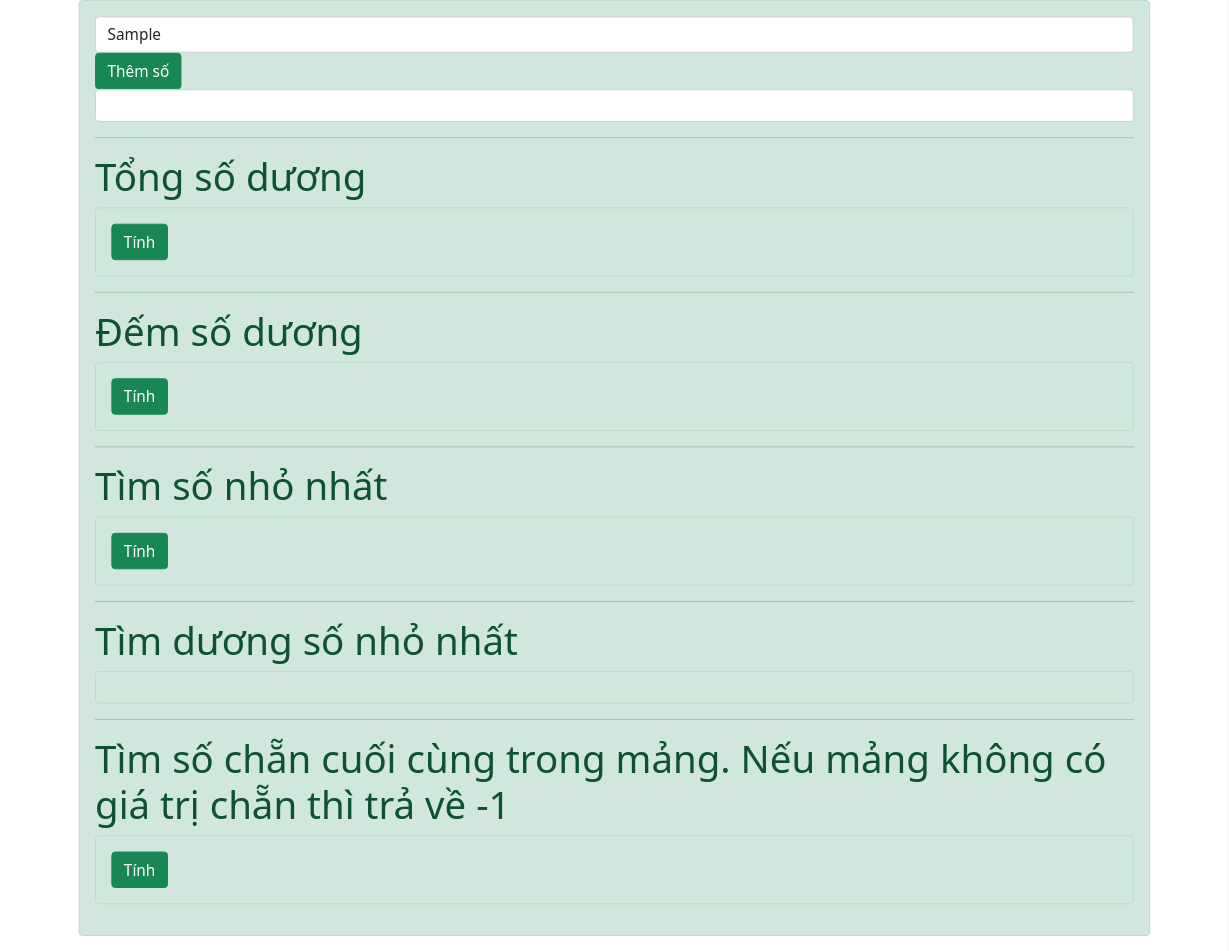
Repository: qkhanh1104k/Js-buoi7-8
Page: index.html
An editor plug-in stored every save of this project. The page is shown before and after the next save, followed by the edit.
The browser window is 1280 px wide. The pictures show the whole page, at 96% of full size.
Empty fields were first filled with sample values (such as "Sample", 5 or name@example.com).
After loading, the first visible `#resBt6 > button` was clicked once.

Above is the page before, as saved 2022-07-26 20:59:00.

After the next save:
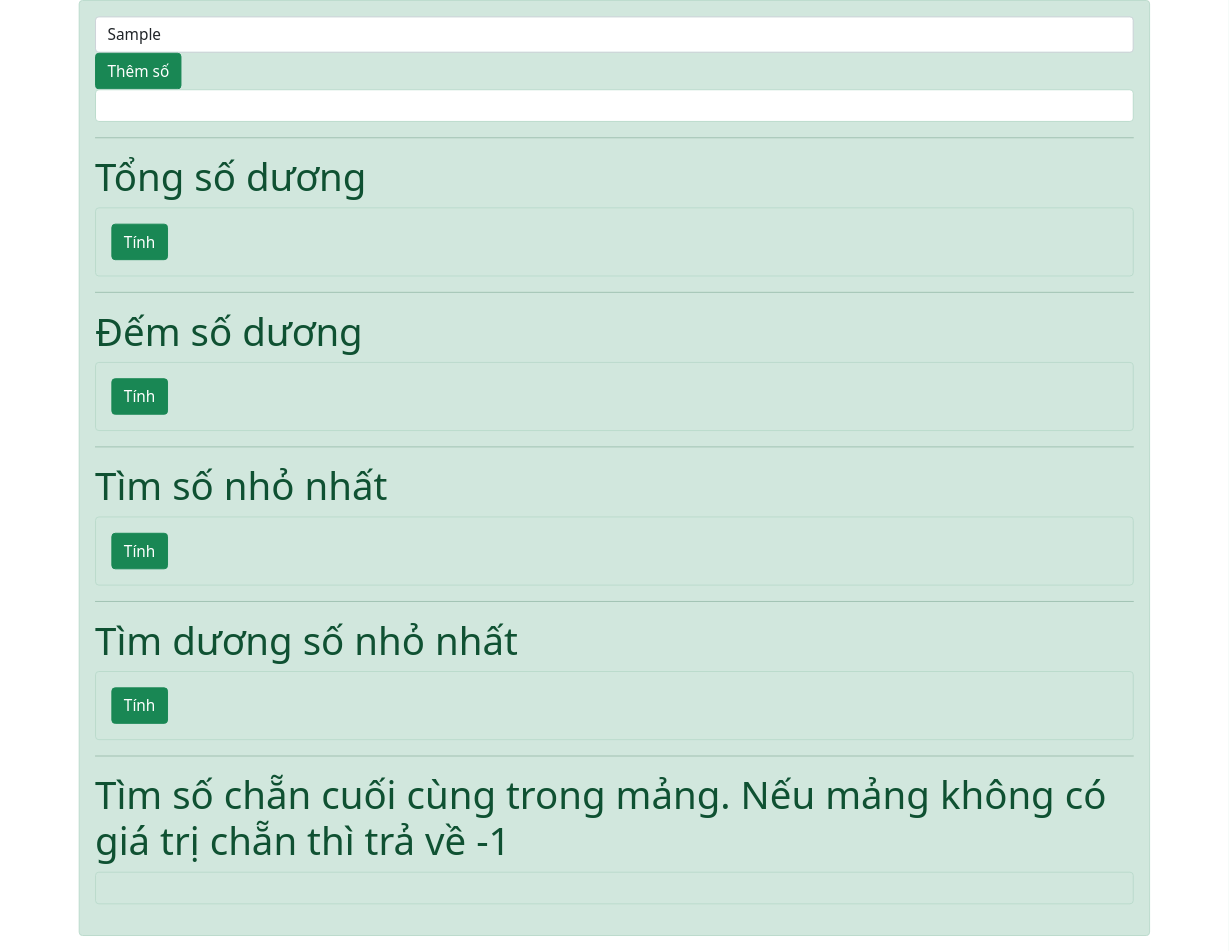
Saved 3 min 31 s later.
--- a/index.js
+++ b/index.js
@@ -47,12 +47,13 @@ function calcTheSmallestNev(){
 
 // ex5:Tìm số chẵn cuối cùng trong mảng. Nếu mảng không có giá trị chẵn thì trả về -1.
 function findLastEven(){
-    for( var i = txtNum.length-1; i >= 0; i--){
+    var num1;
+    for ( var i = txtNum.length-1; i >= 0; i--){
         if (txtNum[i]%2 == 0){
-            return txtNum[i];
+            num1 = txtNum[i];
         }else{
-            return -1;
+            num1 = -1;
         }
     }
-    document.getElementById("resBt5").innerHTML = txtNum;
+    document.getElementById("resBt6").innerHTML = txtNum;
 }
